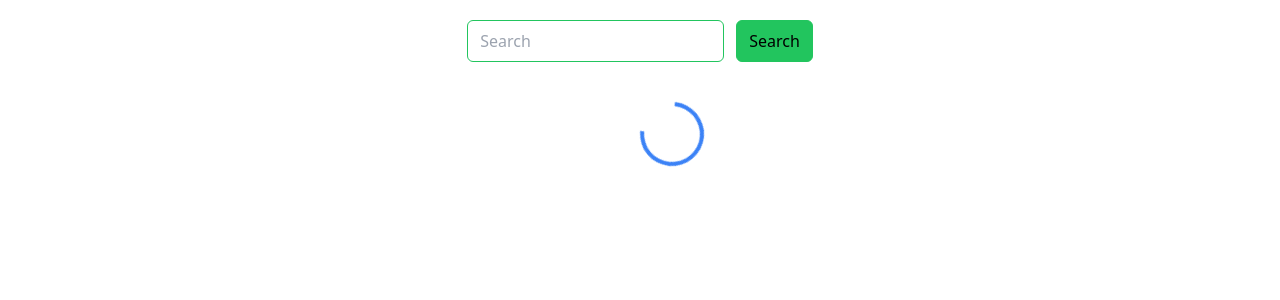
Repository: kimhieu153255/Image-search-app
Page: /
The author's editor kept a copy of each file at every save. The page is drawn from the files as they stood at one save, then again after the next save.
The browser window is 1280 px wide. The pictures show the whole page.
The page's requests for data from a server got no answer. The project was rebuilt for these pictures with package versions that can differ from the ones it lists, and the page was loaded fresh each time. No one was signed in, and anything a server would have sent is missing. Also part of the build but not shown: vite.config.js, src/Components/Card/Card.jsx.

Above is the page before, as saved 2023-10-27 01:13:21.

### index.html
<!doctype html>
<html lang="en">
  <head>
    <meta charset="UTF-8" />
    <link rel="icon" type="image/svg+xml" href="/vite.svg" />
    <meta name="viewport" content="width=device-width, initial-scale=1.0" />
    <title>20120474-LeKimHieu</title>
  </head>
  <body>
    <div id="root"></div>
    <script type="module" src="/src/main.jsx"></script>
  </body>
</html>

### src/main.jsx
import React from "react";
import ReactDOM from "react-dom/client";
import App from "./App.jsx";
import "./index.css";
import { DataProvider } from "./Components/Contexts/Data.jsx";

ReactDOM.createRoot(document.getElementById("root")).render(
  <React.StrictMode>
    <DataProvider>
      <App />
    </DataProvider>
  </React.StrictMode>
);

### src/App.jsx
import { useContext, useEffect, useState } from "react";
import CardList from "./Components/Card/CardList";
import Search from "./Components/Search/Search";
import { DataContext } from "./Components/Contexts/Data";
import { debounce, set } from "lodash";

function App() {
  const { setDataFuncRef, page } = useContext(DataContext);
  const [isLoading, setIsLoading] = useState(false);

  useEffect(() => {
    const handleScroll = () => {
      setIsLoading(true);
      setTimeout(() => {
        const scrollY = window.scrollY || window.pageYOffset;
        const windowHeight = window.innerHeight;
        const viewHeight = document.body.scrollHeight;
        if (scrollY + windowHeight >= viewHeight)
          setDataFuncRef.current(page + 1);
        setIsLoading((prev) => !prev);
      }, 1000);
    };
    window.addEventListener("scroll", handleScroll);
    return () => {
      window.removeEventListener("scroll", handleScroll);
    };
  }, [page, setDataFuncRef]);

  return (
    <div className="w-full relative">
      <div className="flex flex-col items-center gap-5 my-5">
        <Search></Search>
        <CardList></CardList>
        {isLoading && (
          <div className="inset-0 backdrop-blur-sm">
            <div className="inline-block h-16 w-16 animate-spin rounded-full border-4 border-solid border-r-transparent align-[-0.125em] text-secondary motion-reduce:animate-[spin_1.5s_linear_infinite] border-blue-500 absolute top-1/2 left-1/2 backdrop-blur-[2px]">
              <span className="!absolute !-m-px !h-px !w-px !overflow-hidden !whitespace-nowrap !border-0 !p-0 ![clip:rect(0,0,0,0)]"></span>
            </div>
          </div>
        )}
      </div>
    </div>
  );
}

export default App;

### src/Components/Contexts/Data.jsx
import { createContext, useRef, useState } from "react";
import AxiosInstance from "../Axios/AxiosInstance";
const DataContext = createContext();

const DataProvider = (props) => {
  const [data, setData] = useState([]);
  const [page, setPage] = useState(1);
  const [search, setSearch] = useState("");
  const setDataFuncRef = useRef();

  const setDataFunc = async (pageTemp) => {
    try {
      const res = await AxiosInstance.get(`&query=${search}&page=${pageTemp}`);
      if (res) {
        const temp = res.data.results.map((item) => {
          return {
            id: item.id,
            alt_description: item.alt_description,
            url: item.urls.thumb,
          };
        });
        if (pageTemp === 1) {
          setData(temp);
          setPage(1);
        } else {
          setData((prev) => [...prev, ...temp]);
          setPage((prev) => prev + 1);
        }
      }
    } catch (err) {
      console.log(err);
    }
  };
  setDataFuncRef.current = setDataFunc;

  const value = {
    data,
    setData,
    search,
    setSearch,
    page,
    setPage,
    setDataFuncRef,
  };
  return <DataContext.Provider value={value} {...props}></DataContext.Provider>;
};

export { DataContext, DataProvider };

### src/Components/Card/CardList.jsx
import { useContext } from "react";
import { DataContext } from "../Contexts/Data";
import Card from "./Card";

const CardList = () => {
  const data = useContext(DataContext);
  return (
    <div className="grid sm:grid-cols-3 md:grid-cols-4 lg:grid-cols-5 gap-3">
      {data.data.map((item, ind) => (
        <Card key={ind} title={item.alt_description} src={item.url}></Card>
      ))}
    </div>
  );
};

export default CardList;

### src/Components/Search/Search.jsx
import { useContext } from "react";
import { DataContext } from "../Contexts/Data";

const Search = () => {
  const { setDataFuncRef, setSearch, search } = useContext(DataContext);
  return (
    <div className="flex gap-3">
      <input
        type="text"
        placeholder="Search"
        className="inline-block px-3 py-2 border border-green-500 rounded-md"
        onChange={(e) => {
          console.log(e.target.value, search);
          setSearch(e.target.value);
        }}
      />
      <button
        type="submit"
        className="px-3 py-2 bg-green-500 border border-green-500 hover:bg-green-600 hover:border-green-600 rounded-md"
        onClick={() => {
          setDataFuncRef.current(1);
        }}
      >
        Search
      </button>
    </div>
  );
};

export default Search;

### src/Components/Axios/AxiosInstance.jsx
import axios from "axios";
import KeyAPI from "../../KeyAPI";

const AxiosInstance = axios.create({
  baseURL: `https://api.unsplash.com/search/photos?client_id=${KeyAPI.Access_Key}&per_page=20`,
});

export default AxiosInstance;

### src/KeyAPI.js
const KeyAPI = {
  Access_Key: "7Lcwlh9DbVauadS0QCdraGyZjRFFbjqd0XSuBE-jzFM",
  Secret_key: "nPKRLW2TfslTWSn-oJcRIoZNJ9j4_6ySiHVUvNd4sGY",
};
export default KeyAPI;

Loaded but not shown: src/index.css (common file); tailwind.config.js (common file)

After the next save:
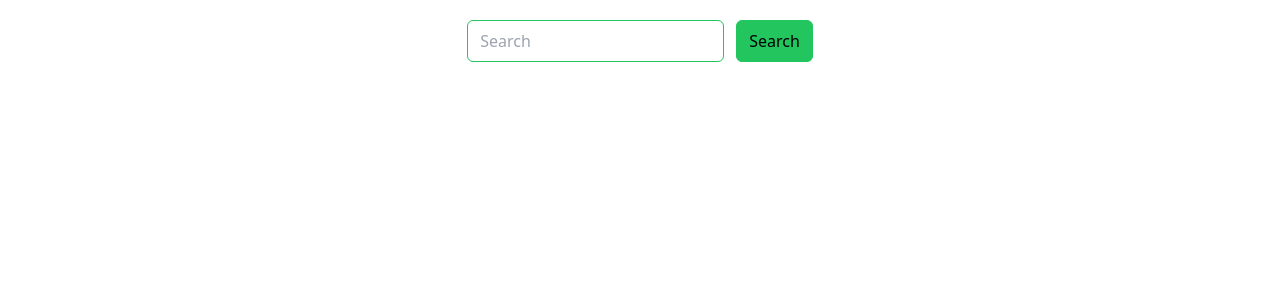
Saved 25 s later.
--- a/src/App.jsx
+++ b/src/App.jsx
@@ -17,7 +17,7 @@ function App() {
         const viewHeight = document.body.scrollHeight;
         if (scrollY + windowHeight >= viewHeight)
           setDataFuncRef.current(page + 1);
-        setIsLoading((prev) => !prev);
+        setIsLoading(false);
       }, 1000);
     };
     window.addEventListener("scroll", handleScroll);
